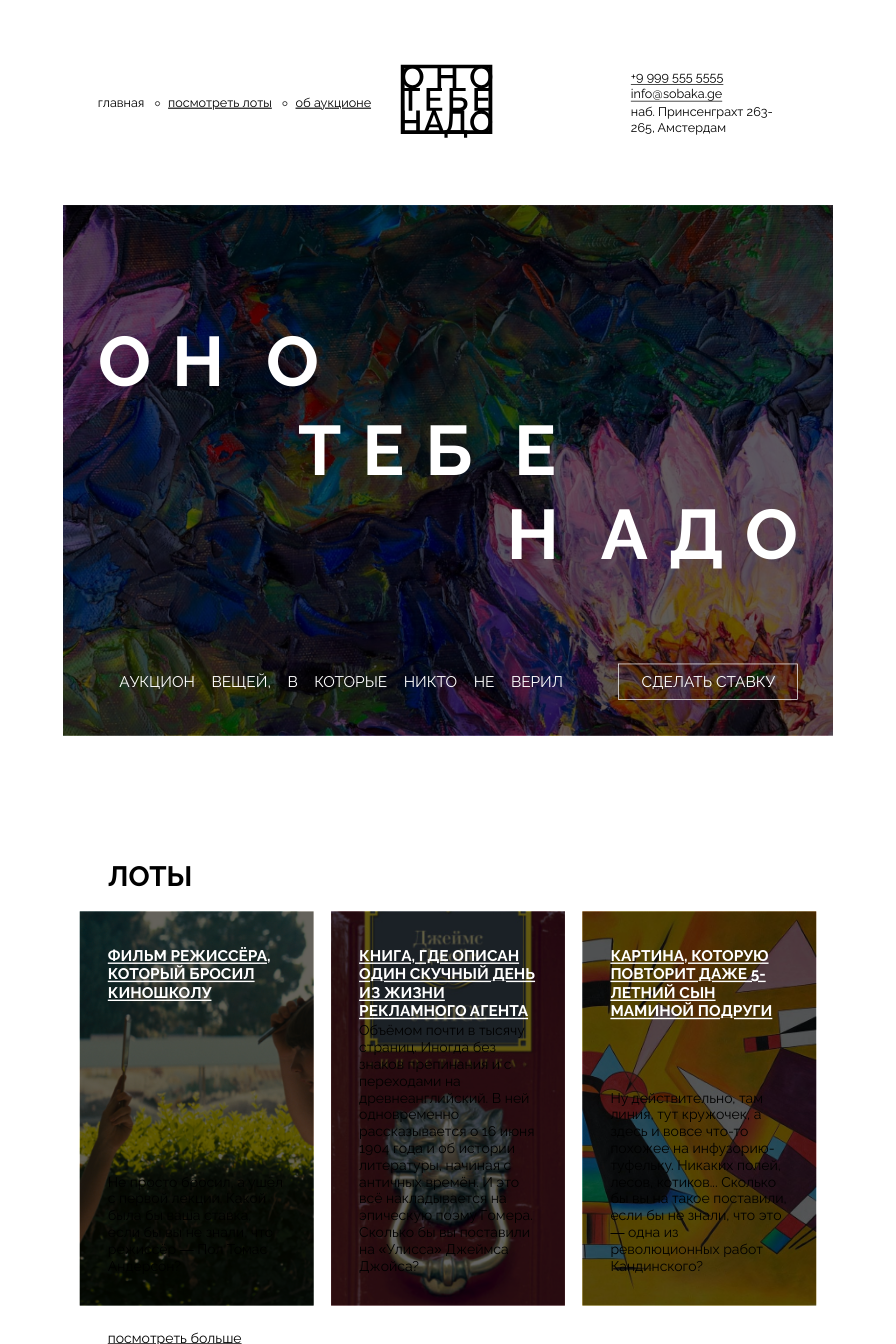
Repository: Smoyki/ono-tebe-nado
Page: index.html
The author's editor kept a copy of each file at every save. The page is drawn from the files as they stood at one save, then again after the next save.
The browser window is 1280 px wide. The pictures show the part of the page from y = 0 to 1920 px (the page is 3028 px tall), at 70% of full size.

Above is the page before, as saved 2024-04-20 22:11:10.

### index.html
<!DOCTYPE html>
<html lang="ru">
  <head>
    <meta charset="UTF-8" />
    <meta http-equiv="X-UA-Compatible" content="IE=edge" />
    <meta name="viewport" content="width=device-width, initial-scale=1.0" />
    <title>Оно тебе надо — аукцион вещей, в которые никто не верил!</title>
    <link rel="stylesheet" href="./fonts/fonts.css" />
    <link rel="stylesheet" href="./styles/global.css" />
    <link rel="stylesheet" href="./styles/style.css" />
  </head>

  <body>
    <div class="wrapper">
      <header class="header">
        <nav class="header__menu">
          <ul class="header__links-list">
            <li class="header__links-list-item_no-bullit">
              <a class="header__link link-active" href="#">главная</a>
            </li>
            <li class="header__links-list-item">
              <a class="header__link" href="#"
                >посмотреть лоты</a
              >
            </li>
            <li class="header__links-list-item">
              <a class="header__link" href="#"
                >об аукционе</a
              >
            </li>
          </ul>
        </nav>
        <a class="header__logo"
          ><img
            alt="Логотип"
            class="header__logo-image"
            src="./images/logo-black.svg"
        /></a>
        <address class="address header__address">
          <a class="address__item " href="tel:+99995555555">+9 999 555 5555</a>
          <a class="address__item " href="mailto:info@sobaka.ge"
            >info@sobaka.ge</a
          >
          <p class="address-text">
            наб. Принсенграхт 263-<br />265, Амстердам
          </p>
        </address>
      </header>
      <main class="main_sections">
        <section class="cover content-section">
          <div class="overlay"></div>
          <h1 class="cover__title">
            <span class="aligned-text"
              >о<span class="letter-spacing-extended">но</span></span
            >
            <span class="aligned-text aligned-text_center"
              >те<span class="letter-spacing-extended">бе</span></span
            >
            <span class="aligned-text aligned-text_right"
              ><span class="letter-spacing-extended">н</span>ад<span
                class="remove-spacing"
                >о</span
              ></span
            >
          </h1>
          <div class="cover__description">
            <p class="cover__description-text">
              Аукцион вещей, в которые никто не верил
            </p>
            <button class="bet-button">Сделать ставку</button>
          </div>
        </section>
        <section class="lots">
          <h2 class="lots_heading"> Лоты</h2>
          <ul class="lots__card-list">
            <li class="lots__card-list-item card_type_film">
              <a href="#" class="card-link">
                <article class="card-info">
                  <h3 class="card__title">Фильм режиссёра, который бросил киношколу</h3>
                  <p class="card__text">Не просто бросил, а ушёл с первой лекции. Какой была бы ваша ставка, если бы вы не знали, что режиссёр — Пол Томас Андерсон?</p>
                </article>
              </a>
            </li>
            <li class="lots__card-list-item card_type_book">
              <a href="#" class="card-link">
                <article class="card-info">
                  <h3 class="card__title">Книга, где описан один скучный день из жизни рекламного агента</h3>
                  <p class="card__text">Объёмом почти в тысячу страниц. Иногда без знаков препинания и с переходами на древнеанглийский. В ней одновременно рассказывается о 16 июня 1904 года и об истории литературы, начиная с античных времён. И это всё накладывается на эпическую поэму Гомера. Сколько бы вы поставили на «Улисса» Джеймса Джойса?</p>
                </article>
              </a>
            </li>
            <li class="lots__card-list-item card_type_picture">
              <a href="#" class="card-link">
                <article class="card-info">
                  <h3 class="card__title">Картина, которую повторит даже 5-летний сын маминой подруги</h3>
                  <p class="card__text">Ну действительно, там линия, тут кружочек, а здесь и вовсе что-то похожее на инфузорию-туфельку. Никаких полей, лесов, котиков... Сколько бы вы на такое поставили, если бы не знали, что это — одна из революционных работ Кандинского?</p>
                </article>
              </a>
            </li>
          </ul>
          <a href="#" class="lots__look-more-link">посмотреть больше</a>
        </section>
        <section class="about content-section">
          <div class="logo__container">
            <div class="about__logo">
              <img
                class="about__logo-image"
                src="./images/logo-white.svg"
                alt="Логотип проекта"
              />
            </div>
          </div>
          <div class="second__column__text">
            <div class="about__column_text">
              <h2 class="about__title">Об аукционе</h2>
              <div class="about__text">
                <p>
                  Здесь вы не встретите очередное пафосное собрание невероятно
                  дорогого антиквариата. Наши лоты вообще не должны были попасть
                  ни на один аукцион. Потому что кому нужен дневник
                  девочки-подростка или картина, которую может нарисовать даже
                  ребёнок? Кому нужны все эти странные вещи, созданные
                  любителями?
                </p>
                <p>
                  Слишком сложные или, наоборот, слишком простые. Опережающие
                  своё время. В пух и прах растерзанные критиками. Непринятые и
                  непонятые. Когда-то они казались просто неудачными. Но,
                  несмотря на критику, кажущуюся простоту или сложность, сейчас
                  без этих лотов невозможно представить современную культуру.
                  Когда в эти вещи не верил никто, продолжали верить их
                  создатели. И сейчас эти лоты стали культовыми.
                </p>
              </div>
            </div>
          </div>
        </section>
      </main>
      <footer class="footer">
        <address class="address">
          <a class="address__item" href="tel:+99995555555">+9 999 555 5555</a>
          <a class="address__item" href="mailto:info@sobaka.ge"
            >info@sobaka.ge</a
          >
          <p class="foother_address__address-text">
            наб. Принсенграхт 263-<br />265, Амстердам
          </p>
        </address>
        <nav class="footer__menu">
          <ul class="footer__menu-list">
            <li class="footer__menu-list-item">
              <a class="footer__menu-link link-active" href="#">главная</a>
            </li>
            <li class="footer__menu-list-item">
              <a class="footer__menu-link " href="#">посмотреть лоты</a>
            </li>
            <li class="footer__menu-list-item">
              <a class="footer__menu-link " href="#">об аукционе</a>
            </li>
          </ul>
        </nav>
        <ul class="footer__social-list">
          <li class="footer__social-list-item">
            <a class="footer__social-link" href="#"
              ><img
                class="footer__social-icon"
                src="./images/yt.svg"
                alt="Иконка"
            /></a>
          </li>
          <li class="footer__social-list-item">
            <a class="footer__social-link" href="#"
              ><img
                class="footer__social-icon"
                src="./images/vk.svg"
                alt="Иконка"
            /></a>
          </li>
          <li class="footer__social-list-item">
            <a class="footer__social-link" href="#"
              ><img
                class="footer__social-icon"
                src="./images/pinterest.svg"
                alt="Иконка"
            /></a>
          </li>
        </ul>
      </footer>
    </div>
  </body>
</html>

### styles/style.css
.main_sections {
  flex-direction: column;
  display: grid;
  grid-template-rows: repeat(3, auto);
}

.content-section {
  margin: auto 0;
  width: 100%;
}

.header {
  max-width: 1052px;
  margin: auto;
  padding: 92px 24px 92px 19px;
  display: grid;
  grid-template-columns: 2fr 1fr 2fr;
  justify-content: space-around;
  justify-items: center;
  align-items: center;
}

.header__links-list {
  display: flex;
  flex-direction: row;
  gap: 34px;
  list-style: none;
  font-size: 18px;
  line-height: 21px;
  flex-wrap:wrap;
}

.header__menu {
  max-width: 392px;
}

.header__links-list-item {
  list-style: circle;
  text-decoration: underline;
}

.header__links-list-item_no-bullit {
  list-style: none;
}

.header__link {
  font-size: 18px;
  text-decoration:underline;
}

.header__link_active {
  text-decoration:none;
}

.header__logo {
  display:block;
  justify-self: center;
  align-self: center;
  width: fit-content;
  height: fit-content;
}

.header__logo-image {
  width: 148px;
  height: 105px;
  margin: auto;
}

.address {
  max-width: 241px;
  display: flex;
  flex-direction: column;
  font-size: 18px;
  font-style: normal;
  justify-self: end;
  line-height: 24.3px;
  padding: 0px 38px 0px 0px;
  font-family: "Raleway", sans-serif;
}


.address__item {
  display: flex;
  text-underline-position: under;
}

.cover {
  position: relative;
  background-image: url(../images/cover.jpg);
  background-position:center;
  background-repeat: no-repeat;
  background-size: cover;
  padding: 165px 50px 51px 50px;
}

.overlay {
  position: absolute;
  top: 0;
  left: 0;
  z-index: 1;
  width: 100%;
  height: 100%;
  background: rgba(0, 0, 0, 0.6);
}

.cover__title {
  position: relative;
  z-index: 3;
  line-height: 1.15;
  letter-spacing: 30px;
  text-transform: uppercase;
  display: flex;
  flex-direction: column;
  gap: 20px;
  color: #FFF;
  font-weight: bold;
  font-size: 100px;

}

.aligned-text {
  display: block;
}

.aligned-text_center {
  line-height: 1;
  text-align: center;
}

.aligned-text_right {
  line-height: 1;
  text-align: right;
}

.letter-spacing-extended {
  letter-spacing: 60px;
}

.remove-spacing {
  letter-spacing: normal;
}

.cover__description {
  position: relative;
  z-index: 1;
  display: flex;
  justify-content: flex-end;
  align-items: center;
  gap: 79px;
  padding: 135px 0px 0px 0px;
}

.cover__description-text {
  color: #FFF;
  font-size: 22px;
  line-height: 1.27;
  text-transform: uppercase;
  word-spacing: 18px;
}

.bet-button {
  border: 1px #FFF solid;
  padding: 12px 32px;
  color: #FFF;
  font-family: 'Raleway', sans-serif;
  font-weight: normal;
  font-size: 22px;
  line-height: 26px;
  text-transform: uppercase;
  background-color: transparent;
  cursor: pointer;
}

.bet-button:hover {
  color: #000000;
  background-color: #FFF;
}


.lots {
  display: grid;
  grid-template-rows: repeat(3, auto);
  gap: 27px;
  padding: 177px 24px 0px 24px;
}

.lots_heading {
  font-size: 40px;
  line-height: 47px;
  margin-left: 40px;
  text-transform: uppercase;
}

.lots__card-list {
  display: grid;
  grid-template-columns: repeat(3, auto);
  gap: 25px;
}

.lots__card-list-item {
  display: block;
  position: relative;
  min-width: 334px;
  min-height: 563px;
}

.lots__card-list-item::before {
  content: "";
  position: absolute;
  top: 0;
  left: 0;
  z-index: 1;
  background-color: rgb(0, 0, 0, 0.6);
  inset: 0;
}

/*---настройка картиночек для лотов---*/

.card_type_film {
  background-image: url(../images/card-lot-01.jpg);
}

.card_type_book {
  background-image: url(../images/card-lot-02.jpg);
}

.card_type_picture {
  background-image: url(../images/card-lot-03.jpg);
}

.card_type_film,
.card_type_book,
.card_type_picture,
.cover {
  background-size: cover;
  background-position: top;
}

.lots__look-more-link {
  width: fit-content;
  line-height: 24px;
  margin-left: 40px;
  font-size: 20px;
  text-decoration: none;
  padding: 7px 0px 0px 0px;
  text-decoration: underline;
}

.card-link {
  text-decoration: none;
}

/*---Оформление текста для лотов---*/

.card-info {
  display: flex;
  flex-direction: column;
  justify-content: space-between;
  height: 100%;
  padding: 50px 40px 45px 40px;
}

.card__title {
  font-size: 22px;
  line-height: 120%;
  font-style: normal;
  text-decoration: underline;
}

.card__text {
  font-weight: 100;
  max-height: 360px;
  font-size: 20px;
  line-height: 120%;
}

.card__title,
.сard__text {
  position: relative;
  z-index: 3;
  color: white;
}




.lots_heading,
.card__title {
  text-transform: uppercase;
}


/* Тут начало секции about */
.about {
  display:  grid;
  grid-template-columns: 287px auto;
  padding:146px 0px 0px 24px;
  max-width: 1052px;
  column-gap:72px;
}

.about__column_text {
  padding-top:135px;
  display: flex;
  height: fit-content;
  font-family: "Raleway", sans-serif;
  font-style: normal;
  font-weight: 400;
  flex-direction: column;
  gap:100px;
  min-width: 693px;
}

.about__logo {
  display: flex;
  justify-content: center;
  align-items: center;
  border-radius: 50%;
  background-color: #000000;
  width: 240px;
  height: 240px;
}

.logo__container {
  display: block;
  padding:35px 0px 0px 47px;
  width:fit-content;
  height:fit-content;
}

.about__logo-image {
  width: 148px;
  height: 114px;
}

.about__title {
  /* padding: 3px 0px 100px 0px; */
  font-weight: bold;
  font-size: 40px;
  line-height: 46.96px;
  text-transform: uppercase;
}

.about__text {
  display: flex;
  flex-direction:column;
  gap: 25px;
  font-size: 20px;
  line-height: 24px;
  letter-spacing: 0.01em;
}

.footer {
  display: flex;
  justify-content: space-between;
  padding: 179px 50px 88px 50px;
  gap:25px;
}

.footer__social-icon {
  width: 48px;
  height: 48px;
}

.footer__menu-list {
  display: flex;
  flex-direction: column;
  align-items: center;
  font-size: 18px;
  line-height: 21.13px;
  height: fit-content;
}

.foother__links-list {
  display:flex;
  flex-direction:column;
}

.footer__social-list-item {
  list-style: none;
}

.footer__menu-list-item {
  list-style: none;
}

.link-active {
  text-decoration:none;
}

.footer__social-list {
  display:flex;
  gap: 48px;
  list-style: none;
}

Loaded but not shown: fonts/fonts.css (common file); styles/global.css (common file)

After the next save:
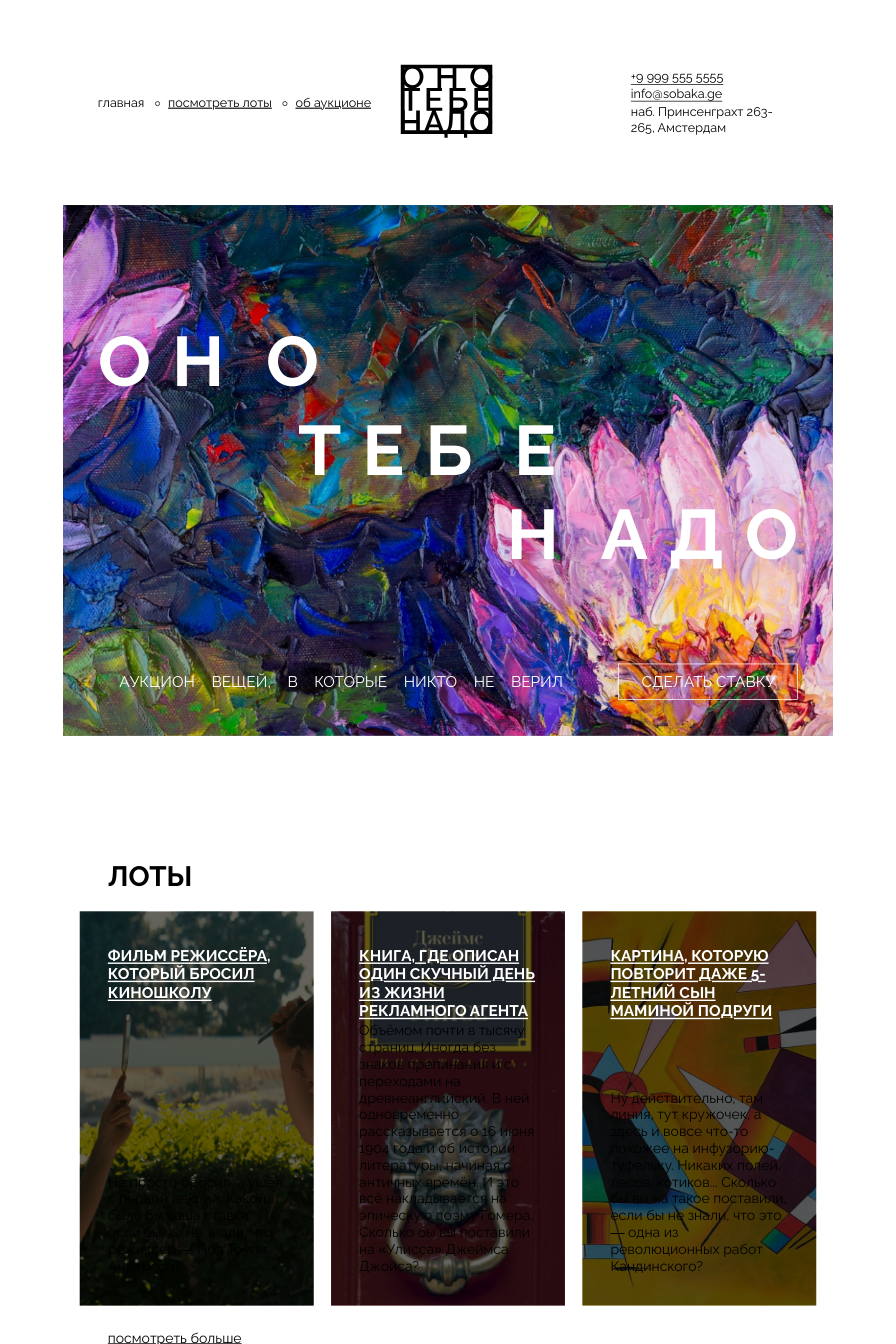
Saved 13 s later.
--- a/styles/style.css
+++ b/styles/style.css
@@ -97,7 +97,7 @@
   position: absolute;
   top: 0;
   left: 0;
-  z-index: 1;
+  z-index: -1;
   width: 100%;
   height: 100%;
   background: rgba(0, 0, 0, 0.6);

After the save that followed:
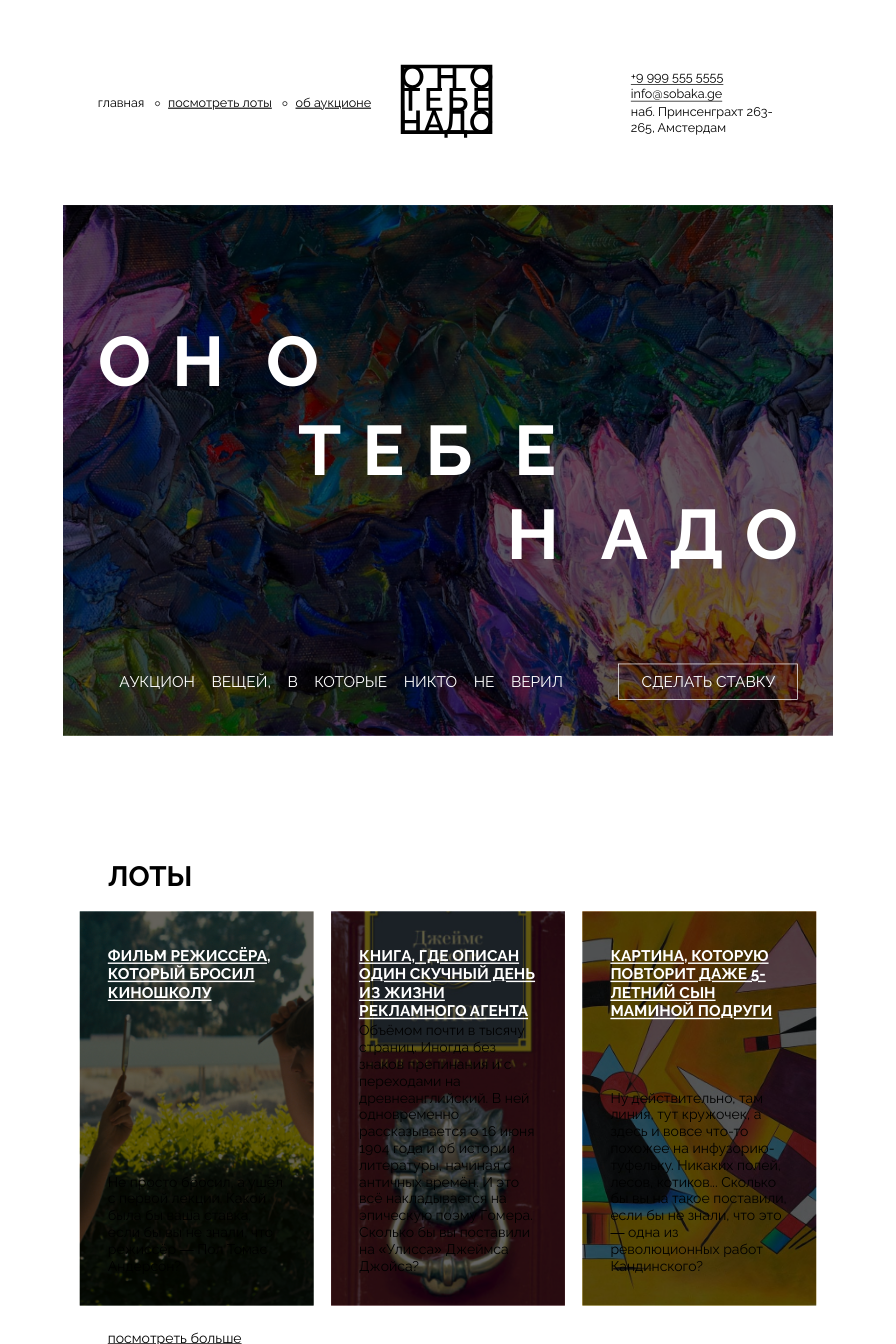
Saved 8 s later.
--- a/styles/style.css
+++ b/styles/style.css
@@ -97,7 +97,7 @@
   position: absolute;
   top: 0;
   left: 0;
-  z-index: -1;
+  z-index: 1;
   width: 100%;
   height: 100%;
   background: rgba(0, 0, 0, 0.6);
